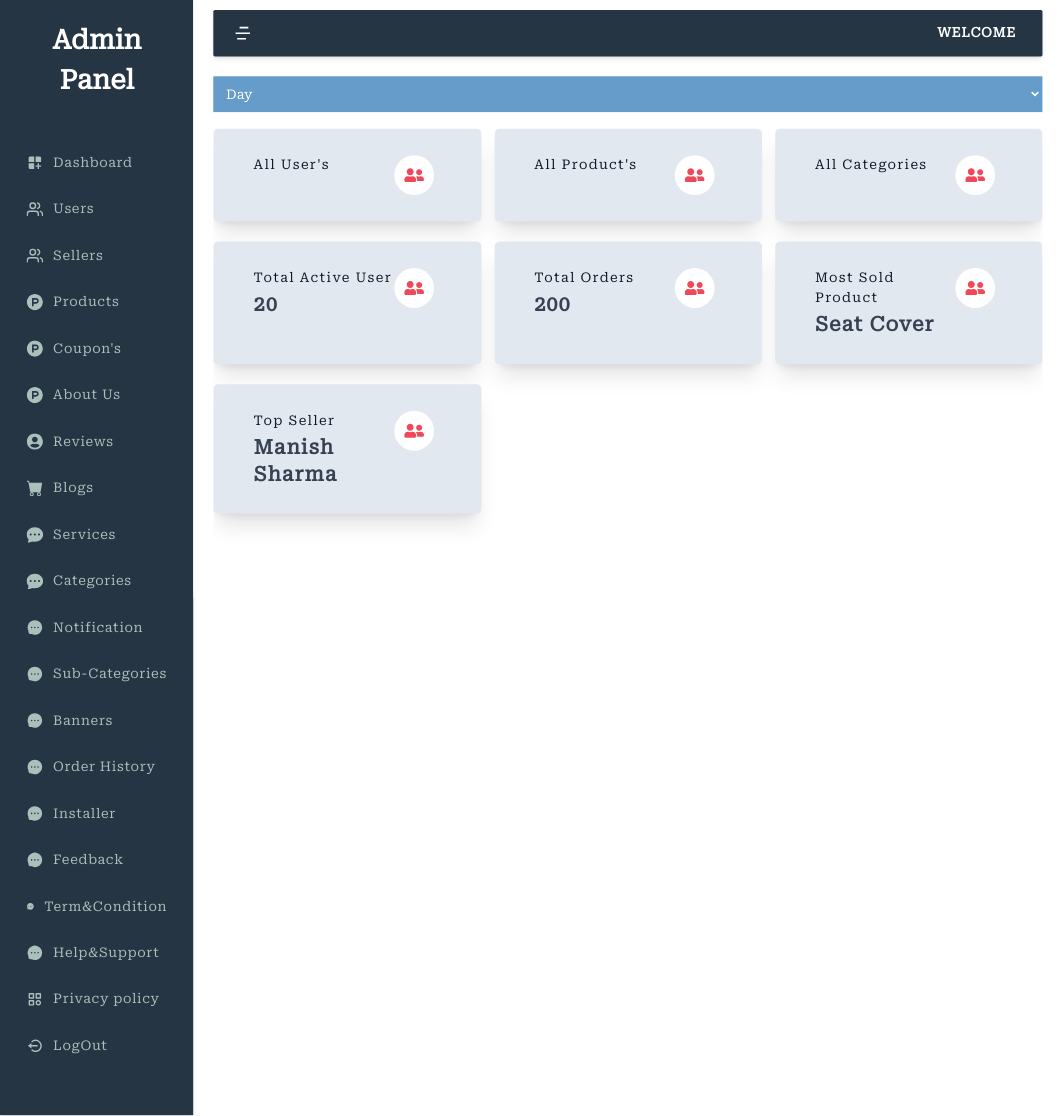
Repository: FlyweisReact/Arun-Chauhan
Page: /dashboard
An editor plug-in stored every save of this project. The page is shown before and after the next save, followed by the edit.
The browser window is 1280 px wide. The pictures show the whole page, at 83% of full size.
The page's requests for data from a server got no answer. Some web libraries are served in a nearby version. The project was rebuilt for these pictures with package versions that can differ from the ones it lists, and the page was loaded fresh each time. No one was signed in, and anything a server would have sent is missing. Also part of the build but not shown: src/AdminPanel/pages/Privacy.js, src/AdminPanel/pages/Category.js, src/AdminPanel/pages/FeedBack.js, src/AdminPanel/pages/TermsCon.js, src/AdminPanel/pages/HelpSupport.js, src/AdminPanel/pages/OrderHistory.js, src/AdminPanel/pages/Installar.js, src/AdminPanel/pages/Sellers.js and 23 more.

Above is the page before, as saved 2023-03-22 16:36:53.

### public/index.html
<!-- @format -->

<!DOCTYPE html>
<html lang="en">
  <head>
    <meta charset="utf-8" />
    <!-- <link rel="icon" href="%PUBLIC_URL%/favicon.png" /> -->
    <meta name="viewport" content="width=device-width, initial-scale=1" />
    <meta name="theme-color" content="#000000" />
    <meta
      name="description"
      content="Web site created using create-react-app"
    />
    <link rel="apple-touch-icon" href="%PUBLIC_URL%/favicon.ico?v=2" />



    <link rel="manifest" href="%PUBLIC_URL%/manifest.json" />
    <link rel="preconnect" href="https://fonts.googleapis.com">
    <link rel="preconnect" href="https://fonts.gstatic.com" crossorigin>
    <link href="https://fonts.googleapis.com/css2?family=Roboto+Serif&display=swap" rel="stylesheet">
    <title>Arun   Panel</title>
  </head>
  <body>
    <noscript>You need to enable JavaScript to run this app.</noscript>
    <div id="root"></div>
    <script src="https://code.jquery.com/jquery-3.6.0.min.js"></script>
    <script src="https://kit.fontawesome.com/b533b351e4.js" crossorigin="anonymous"></script>
  </body>
</html>

### src/index.js
import React from "react";
import ReactDOM from "react-dom/client";
import "./index.css";
import App from "./App";
import { BrowserRouter } from "react-router-dom";
import 'bootstrap/dist/css/bootstrap.min.css'

const root = ReactDOM.createRoot(document.getElementById("root"));
root.render(
  <React.StrictMode>
    <BrowserRouter>
      <App />
    </BrowserRouter>
  </React.StrictMode>
);

### src/index.css
/** @format */

@tailwind base;
@tailwind components;
@tailwind utilities;




body {
  margin: 0;
  font-family: 'Roboto Serif', serif  !important;
  -webkit-font-smoothing: antialiased;
  -moz-osx-font-smoothing: grayscale;
}

/* Wcomponents */
.wcomp::-webkit-scrollbar {
  width: 0px;
}
::-webkit-scrollbar {
  width: 0px;
}
::-webkit-scrollbar-track {
  background: #696f78;
}
/* Handle */
::-webkit-scrollbar-thumb {
  background: #b4b8bf;
}

.main-card--container {
  display: grid;
  grid-template-columns: repeat(3, minmax(300px, 500px));
  grid-gap: 50px;
  justify-content: space-around;
}
.card-container {
  margin: 25px 0 auto;
  position: relative;
  display: grid;
  grid-template-columns: 1fr;
  justify-content: space-around;
  align-items: flex-start;
}

.img-thumbnail {
  width: 80px;
}
.img-large {
  max-width: 80%;
}

.formInput {
  padding: 5px;
}

.BannerImg{
  display: grid;
  grid-template-columns: auto auto auto;
  margin: 20px;
  justify-content: space-evenly;
  text-align: center;
}
.BannerImg div{
  box-shadow: rgba(0, 0, 0, 0.35) 0px 5px 15px;
  padding: 10px;

}
.BannerImg img{
  width: 400px;
  height: 200px;
}


li{
  list-style: disc;
}
.carouselImages{
  width: 200px !important;
  height: 140px;
}
.Car{
  width: 200px !important;
}

.three-Sec{
  display: grid;
  justify-content: space-evenly;
  grid-template-columns: auto auto auto;
  text-align: center;
  color: black;

}
.three-Sec div{
  box-shadow: rgba(0, 0, 0, 0.35) 0px 5px 15px;
  margin-top: 40px;
  padding : 10px;
  width: 400px;
}
.three-Sec img{
  width: 100%;
  height: 300px;
}
.three-Sec p{
  font-size: 20px;
  font-weight: bold;
  margin: 0;
}
.three-Sec button{
  border: 1px solid #B80000;
  background-color: #ffff;
  color: #B80000;
  width: 100%;
  padding: 3px;
  margin-top: 10px;
  font-size: 20px;
  transition: 0.5s;
}

.three-Sec button:hover{
  background-color: #B80000;
  color: #ffff;
}
.bigCont{
  display: flex;
  gap: 10px;
}
.contP{
  border: 1px solid #2F308D;
  width: 48%;
  padding: 10px;
  color: #2F308D;
  transition: 0.5s;
  cursor: pointer;
}
.contP:hover {
  background-color: #2F308D;
  color: #fff;
}


.viewBtn{
  color: #014F75;
  border: 1px solid #014F75;
  outline: none;
  width: 50%;
  padding: 5px;
  font-size: 18px;
  transition: 0.5s;
}

.viewBtn:hover{

  background-color: #014F75;
  color: #fff;
}


.filterDate{
  color: black;
  display: flex;
  gap: 20px;
  margin-top: 20px;
  margin-bottom: 20px;
}

.filterDate input {
  border: 1px solid black;
  outline: none;
  padding: 5px;
}
.filterDate div{
  display: flex;
  gap: 10px;
  align-items:center ;
}
.filterDate div p{
  padding-top: 10px;
}

.filterDate button{
  color: #014F75;
  border: 1px solid #014F75;
  outline: none;
  width: 200px;
  font-size: 18px;
  transition: 0.5s;
}

.filterDate button:hover{
  background-color: #014F75;
  color: #fff;
}
.active{
  display: flex;
  gap: 20px;
margin-bottom: 20px;
}
.active button{
  border: 1px solid #659CCA;
  color: #659CCA;
  padding: 5px;
  width: 200px;
  transition: 0.5s;
  font-size: 20px;
}
.active button:hover{
  background-color: #659CCA;
  color: #fff;
}

.drop select{
  width: 100%;
  color:#fff;
  margin-bottom: 20px;
  border: 1px solid #659CCA;
  padding: 10px;
  outline: none;
  background-color: #659CCA;
}
.drop select option{
  background-color: #8FD1DF;
  border: 1px solid #8FD1DF;
}

.drop select option:hover{
  background-color: #8FD1DF  !important;
}

### src/App.js
/** @format */

import { Routes, Route } from "react-router-dom";
import { ToastContainer } from "react-toastify";
import "react-toastify/dist/ReactToastify.css";
import Privacy from "./AdminPanel/pages/Privacy";
import Offers from "./AdminPanel/pages/Category";
import FeedBack from "./AdminPanel/pages/FeedBack";
import TermsCon from "./AdminPanel/pages/TermsCon";
import HelpSupport from "./AdminPanel/pages/HelpSupport";
import OrderHistory from "./AdminPanel/pages/OrderHistory";
import Installar from "./AdminPanel/pages/Installar";
import Sellers from "./AdminPanel/pages/Sellers";
import Dashboard from "./AdminPanel/pages/Dashboard";
import Users from "./AdminPanel/pages/Users";
import Reviews from "./AdminPanel/pages/Reviews";
import Coupon from "./AdminPanel/pages/Coupon";
import Product from "./AdminPanel/pages/Product";
import About from "./AdminPanel/pages/About";
import Blogs from "./AdminPanel/pages/Blogs";
import Service from "./AdminPanel/pages/Service";
import Notification from "./AdminPanel/pages/Notification";
import SubCategory from "./AdminPanel/pages/SubCategory";
import Banner from "./AdminPanel/pages/Banner";
import Login from "./AdminPanel/Login";
import Transaction from "./AdminPanel/pages/Transaction";
import InstallerTransactions from "./AdminPanel/pages/InstallerTransactions";
import Vendorlogin from "./VendorPanel/Vendorlogin";
import VendorDashboard from "./VendorPanel/pages/VendorDashboard";
import VendorProducts from "./VendorPanel/pages/VendorProducts";
import VendorService from "./VendorPanel/pages/VendorService";
import VendorCategory from "./VendorPanel/pages/VendorCategory";
import VendorSubCategory from "./VendorPanel/pages/VendorSubCategory";
import VendorOrderHistory from "./VendorPanel/pages/VendorOrderHistory";

function App() {
  return (
    <>
      <ToastContainer />

      <Routes>
        {/* Admin Panel */}
        <Route path="/" element={<Login />} />
        <Route path="/dashboard" element={<Dashboard />} />
        <Route path="/users" element={<Users />} />
        <Route path="/sellers" element={<Sellers />} />
        <Route path="/products" element={<Product />} />
        <Route path="/coupon" element={<Coupon />} />
        <Route path="/about" element={<About />} />
        <Route path="/review" element={<Reviews />} />
        <Route path="/blogs" element={<Blogs />} />
        <Route path="/services" element={<Service />} />
        <Route path="/category" element={<Offers />} />
        <Route path="/notification" element={<Notification />} />
        <Route path="/sub-category" element={<SubCategory />} />
        <Route path="/banners" element={<Banner />} />
        <Route path="/order-history" element={<OrderHistory />} />
        <Route path="/installar" element={<Installar />} />
        <Route path="/feedBacks" element={<FeedBack />} />
        <Route path="/terms-condition" element={<TermsCon />} />
        <Route path="/helpSupport" element={<HelpSupport />} />
        <Route path="/privacy" element={<Privacy />} />
        <Route path="/transactions/:id" element={<Transaction />} />
        <Route path="/installer-transaction/:id" element={<InstallerTransactions />} />

        {/* Vendor Panel */}
        <Route path="/vendor/login" element={<Vendorlogin />} />
        <Route path="/vendor/dashboard" element={<VendorDashboard />} />
        <Route path="/vendor/products" element={<VendorProducts />} />
        <Route path="/vendor/service" element={<VendorService />} />
        <Route path="/vendor/category" element={<VendorCategory />} />
        <Route path="/vendor/sub-category" element={<VendorSubCategory />} />
        <Route path="/vendor/order-history" element={<VendorOrderHistory />} />
      </Routes>
    </>
  );
}

export default App;

### src/AdminPanel/pages/Dashboard.jsx
/** @format */

import React, { useEffect, useState } from "react";
import HOC from "../layout/HOC";
import { FaUserFriends } from "react-icons/fa";
import { useNavigate } from "react-router-dom";
import axios from "axios";

export const dash = (data) => {
  console.log(data, "dsjkfhjkashfjk");
  return data;
};
const Dashboard = () => {
  const navigate = useNavigate();

  const [passengerCount, setPassengerCount] = useState("");
  const [busCount, setBusCount] = useState("");
  const [bookCount, setBookCount] = useState("");

  const fetchData = async () => {
    try {
      const { data } = await axios.get(
        "http://ec2-15-206-210-177.ap-south-1.compute.amazonaws.com:1112/api/user"
      );
      setPassengerCount(data.data.length);
    } catch (e) {
      console.log(e);
    }
  };

  const fetchData2 = async () => {
    try {
      const { data } = await axios.get(
        "http://ec2-15-206-210-177.ap-south-1.compute.amazonaws.com:1112/api/product"
      );
      setBusCount(data.data.length);
    } catch (e) {
      console.log(e);
    }
  };

  const fetchData3 = async () => {
    try {
      const { data } = await axios.get(
        "http://ec2-15-206-210-177.ap-south-1.compute.amazonaws.com:1112/api/category"
      );
      setBookCount(data.data.length);
    } catch (e) {
      console.log(e);
    }
  };

  useEffect(() => {
    fetchData();
    fetchData2();
    fetchData3();
  }, []);

  const card = [
    {
      progress: "bg-blue-400",
      title: "All User's",
      number: passengerCount,
      icon: <FaUserFriends className="text-2xl text-[rgb(240,72,88)]" />,
      link: "/users",
    },
    {
      progress: "bg-blue-400",
      title: "All Product's",
      number: busCount,
      icon: <FaUserFriends className="text-2xl text-[rgb(240,72,88)]" />,
      link: "/products",
    },
    {
      progress: "bg-blue-400",
      title: "All Categories",
      number: bookCount,
      icon: <FaUserFriends className="text-2xl text-[rgb(240,72,88)]" />,
      link: "/category",
    },
    {
      progress: "bg-blue-400",
      title: "Total Active User",
      number: 20,
      icon: <FaUserFriends className="text-2xl text-[rgb(240,72,88)]" />,
      link: "/users",
    },
    {
      progress: "bg-blue-400",
      title: "Total Orders",
      number: 200,
      icon: <FaUserFriends className="text-2xl text-[rgb(240,72,88)]" />,
      link: "/order-history",
    },
    {
      progress: "bg-blue-400",
      title: "Most Sold Product",
      number: "Seat Cover",
      icon: <FaUserFriends className="text-2xl text-[rgb(240,72,88)]" />,
      link: "/products",
    },
    {
      progress: "bg-blue-400",
      title: "Top Seller",
      number: "Manish Sharma",
      icon: <FaUserFriends className="text-2xl text-[rgb(240,72,88)]" />,
      link: "/sellers",
    },
  ];
  return (
    <>
      <div className="drop">
        <select>
          <option>Day</option>
          <option>Week</option>
          <option>Month</option>
          <option>Year</option>
        </select>
      </div>

      <section className="grid md:grid-cols-3 grid-cols-2 gap-y-6 gap-x-4">
        {/* Card */}
        {card.map((card) => {
          return (
            <div
              className="px-5 py-8 bg-slate-200 space-y-2 shadow-xl flex flex-col  rounded-md"
              onClick={() => navigate(`${card.link}`)}
            >
              <div className="grid  justify-between grid-cols-4">
                <div className="flex flex-col col-span-3 space-y-1">
                  <span className="tracking-widest text-gray-900">
                    {card.title}
                  </span>
                  <span className="tracking-wider text-gray-700 text-xl md:text-2xl font-semibold">
                    {card.number}
                  </span>
                </div>
                {/* Icons */}
                <div className="flex rounded-full w-10 h-10 sm:w-12 sm:h-12 bg-white justify-center items-center">
                  {card.icon}
                </div>
              </div>
            </div>
          );
        })}
      </section>
    </>
  );
};

export default HOC(Dashboard);

### src/AdminPanel/layout/HOC.jsx
import React, { useState } from "react";
import Navbar from "./Navbar";
import Sidebar from "./Sidebar";

const HOC = (Wcomponenet) => {
  return function Component() {
    const [hamb, setHamb] = useState(false);
    return (
      <>
        <section className="flex overflow-x-hidden relative">
          {/* Sidebar */}
          <div
            className={
              hamb
                ? " absolute top-0 z-30 md:w-auto shadow-md bg-slate-200  w-60 transition-all md:-left-full left duration-150  h-auto overflow-y-auto  left-0 "
                : " md:w-72 z-30 bg-slate-200  shadow-md  md:static absolute top-0 -left-full   transition-all duration-150  overflow-y-auto h-auto"
            }
          >
            <Sidebar hamb={hamb} setHamb={setHamb} />
          </div>
          {/* Components & Navbar */}
          <div
            className={
              hamb
                ? " transition-all px-4 py-2  bg-white duration-150 w-full h-screen"
                : " w-full h-screen  px-4 py-2  bg-white z-50 transition-all duration-150 "
            }
          >
            <Navbar hamb={hamb} setHamb={setHamb} />
            <div className="my-6 text-white h-[87%] wcomp overflow-y-auto">
              <Wcomponenet />
            </div>
          </div>
        </section>
      </>
    );
  };
};

export default HOC;

### src/AdminPanel/layout/Navbar.jsx
/** @format */

import { RiMenu4Line } from "react-icons/ri";

const Navbar = ({ hamb, setHamb }) => {

  return (
    <>

      <div
        className={
          hamb
            ? "flex  w-full justify-between  my-1 rounded-sm  p-4 py-3 shadow-md items-center  bg-slate-200 space-x-4"
            : "flex  w-full justify-between my-1 rounded-sm  p-4 py-3 shadow-md items-center  bg-slate-200 space-x-4"
        }
        style={{   backgroundColor: "#263544", color : "#fff"}}
      >
        <RiMenu4Line
          onClick={() => setHamb(!hamb)}
          className="text-2xl font-bold text-#fff-900 hover:scale-90 cursor-pointer"
        />

        <section className="flex sm:ml-auto justify-end sm:w-full items-center space-x-2  pr-2">
          <figcaption className="tracking-wider pl-1 font-semibold">
            <div className="lg:text-base text-sm text-#fff-900  uppercase" >
              Welcome
            </div>
          </figcaption>
        </section>


      </div>
    </>
  );
};

export default Navbar;

### src/AdminPanel/layout/Sidebar.jsx
/** @format */

import React from "react";
import { RiCloseLine } from "react-icons/ri";
import { Link, useNavigate } from "react-router-dom";
import { BsFillCartFill } from "react-icons/bs";
import { BiLogOutCircle ,BiCategory } from "react-icons/bi";
import { MdDashboardCustomize } from "react-icons/md";
import { BsFillChatDotsFill } from "react-icons/bs";
import { AiFillMessage } from "react-icons/ai";
import {FaProductHunt , FaUserCircle} from 'react-icons/fa'
import {FiUsers} from 'react-icons/fi'

const Sidebar = ({ hamb, setHamb }) => {
  const navigate = useNavigate();

  const nav = [
    {
      icon: <MdDashboardCustomize className="text-xl mr-3 rounded-full " />,
      link: "/dashboard",
      name: "Dashboard",
    },
    {
      icon: <FiUsers className="text-xl mr-3" />,
      link: "/users",
      name: "Users",
    },
    {
      icon: <FiUsers className="text-xl mr-3" />,
      link: "/sellers",
      name: "Sellers",
    },
    {
      icon: <FaProductHunt className="text-xl mr-3 rounded-full " />,
      link: "/products",
      name: "Products",
    },
    {
      icon: <FaProductHunt className="text-xl mr-3 rounded-full " />,
      link: "/coupon",
      name: "Coupon's",
    },
    {
      icon: <FaProductHunt className="text-xl mr-3 rounded-full " />,
      link: "/about",
      name: "About Us",
    },
    {
      icon: <FaUserCircle className="text-xl mr-3" />,
      link: "/review",
      name: "Reviews",
    },
    {
      icon: <BsFillCartFill className="text-xl mr-3" />,
      link: "/blogs",
      name: "Blogs",
    },
    {
      icon: <BsFillChatDotsFill className="text-xl mr-3" />,
      link: "/services",
      name: "Services",
    },
    {
      icon: <BsFillChatDotsFill className="text-xl mr-3" />,
      link: "/category",
      name: "Categories",
    },
    {
      icon: <AiFillMessage className="text-xl mr-3 rounded-full " />,
      link: "/notification",
      name: "Notification",
    },
    {
      icon: <AiFillMessage className="text-xl mr-3 rounded-full " />,
      link: "/sub-category",
      name: "Sub-Categories",
    },
    {
      icon: <AiFillMessage className="text-xl mr-3 rounded-full " />,
      link: "/banners",
      name: "Banners",
    },
    {
      icon: <AiFillMessage className="text-xl mr-3 rounded-full " />,
      link: "/order-history",
      name: "Order History",
    },
    {
      icon: <AiFillMessage className="text-xl mr-3 rounded-full " />,
      link: "/installar",
      name: "Installer",
    },
    {
      icon: <AiFillMessage className="text-xl mr-3 rounded-full " />,
      link: "/feedBacks",
      name: "Feedback",
    },
    {
      icon: <AiFillMessage className="text-xl mr-3 rounded-full " />,
      link: "/terms-condition",
      name: "Term&Condition",
    },
    {
      icon: <AiFillMessage className="text-xl mr-3 rounded-full " />,
      link: "/helpSupport",
      name: "Help&Support",
    },
    {
      icon: <BiCategory className="text-xl mr-3" />,
      link: "/privacy",
      name: "Privacy policy",
    }
  ];

  const logOut = () => {
    localStorage.removeItem("token");
    navigate("/");
  };

  return (
    <>
      <div className="p-4 h-auto"   style={{
          backgroundColor: "#263544",
          minHeight : '100vh'
        }}>
        {/* Top */}
        <div className="w-full md:hidden relative  p-2 mb-4">
          <RiCloseLine
            onClick={() => setHamb(!hamb)}
            className="text-3xl  absolute top-2 sm:hover:rotate-[228deg] transition-transform font-bold right-2 sm:hover:text-[22px] text-[rgb(241,146,46)] cursor-pointer"
          />
        </div>
        {/* Logo */}
        <figure className="flex  flex-col items-center">
        <span
            className="font-bold text-[rgb(241,146,46)]"
            style={{ fontSize: "2rem", textAlign: "center", color: "#fff" }}
          >
            Admin Panel
          </span>
        </figure>
        {/* Nav-menu */}
        <nav className="py-6">
          {nav.map((nav) => {
            return (
              <Link to={nav.link} key={nav.name} className="" style={{textDecoration : 'none'}}>
                <span className="flex my-3 items-center cursor-pointer    tracking-wider p-2 rounded-sm"  style={{ color: "#aac0bb"  , textDecoration : 'none'}}>
                  {nav.icon} {nav.name}
                </span>
              </Link>
            );
          })}
          <span
            className="flex my-3 items-center cursor-pointer   tracking-wider p-2 rounded-sm"
            onClick={() => logOut()}
            style={{ color: "#aac0bb" }}
          >
            <BiLogOutCircle className="text-xl mr-3 rounded-full " /> LogOut
          </span>
        </nav>
      </div>
    </>
  );
};

export default Sidebar;

Loaded but not shown: tailwind.config.js (common file)

After the next save:
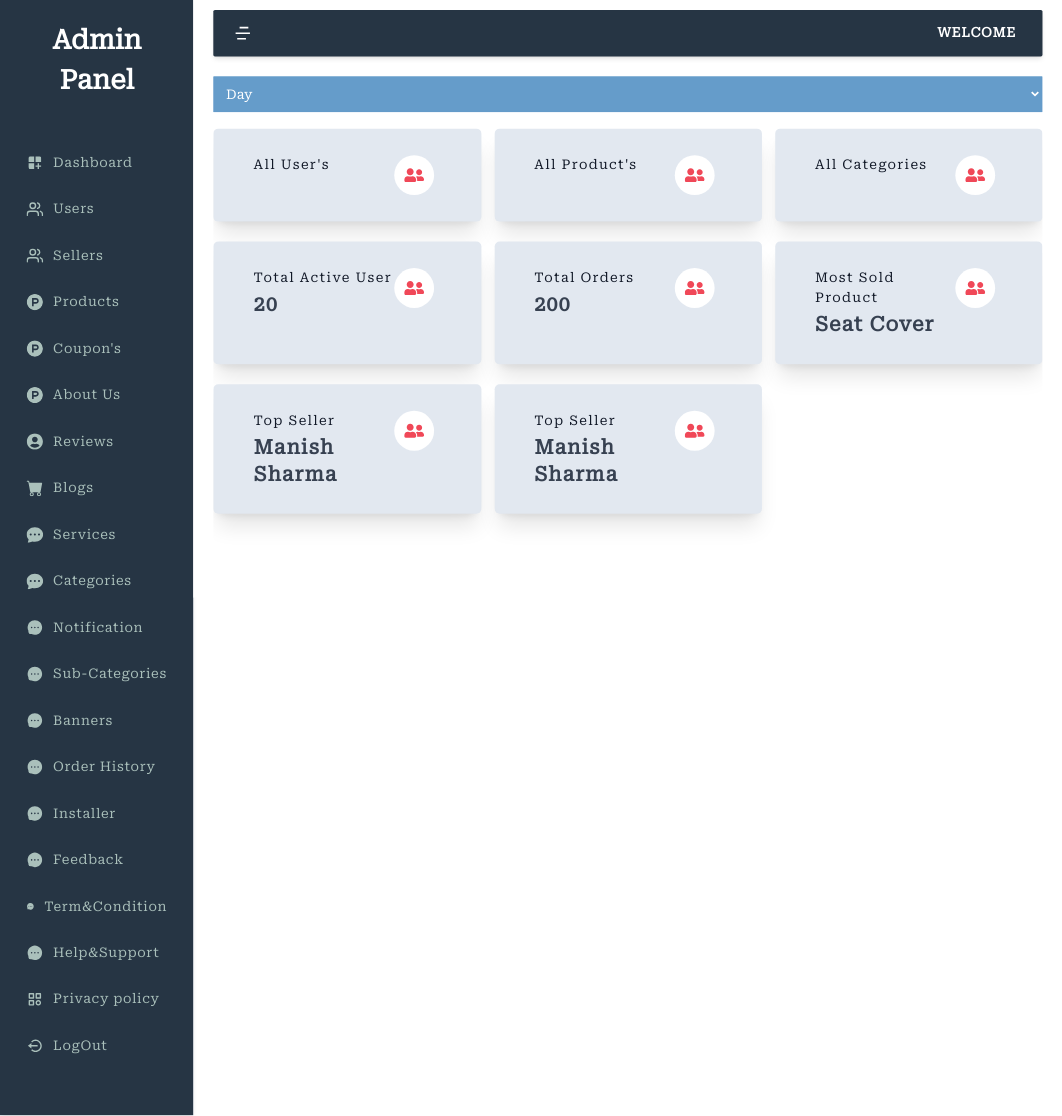
Saved 10 s later.
--- a/src/AdminPanel/pages/Dashboard.jsx
+++ b/src/AdminPanel/pages/Dashboard.jsx
@@ -106,6 +106,13 @@ const Dashboard = () => {
       icon: <FaUserFriends className="text-2xl text-[rgb(240,72,88)]" />,
       link: "/sellers",
     },
+    {
+      progress: "bg-blue-400",
+      title: "Top Seller",
+      number: "Manish Sharma",
+      icon: <FaUserFriends className="text-2xl text-[rgb(240,72,88)]" />,
+      link: "/sellers",
+    },
   ];
   return (
     <>
